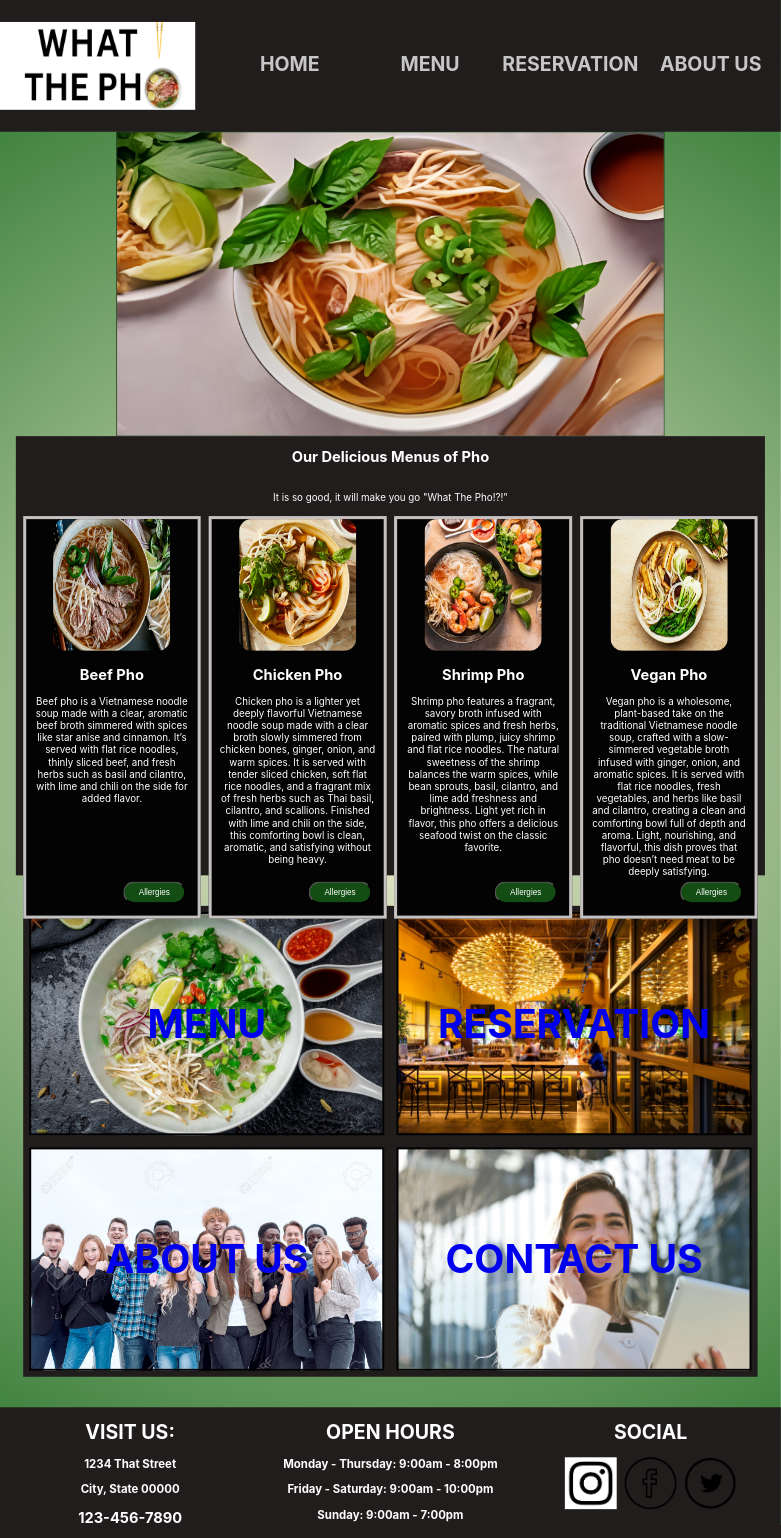
Repository: NguyenkhDang/Restaurant-Website
Page: /
These files come from the project's save history. The page is drawn as it stood at one moment and after the next save; the edit follows.
The browser window is 1280 px wide. The pictures show the whole page, at 61% of full size.
The project was rebuilt for these pictures with package versions that can differ from the ones it lists, and the page was loaded fresh each time. Also part of the build but not shown: src/Pages/MenuPage.js, src/CSS/ReservationForm.css, src/ReservationForm.js, src/Pages/ReservationPage.js, src/CSS/AboutUs.css, src/Pages/AboutUsPage.js, src/CSS/ContactUs.css, src/Pages/ContactUsPage.js.

Above is the page before, as saved 2026-01-18 22:55:53.

After the next save:
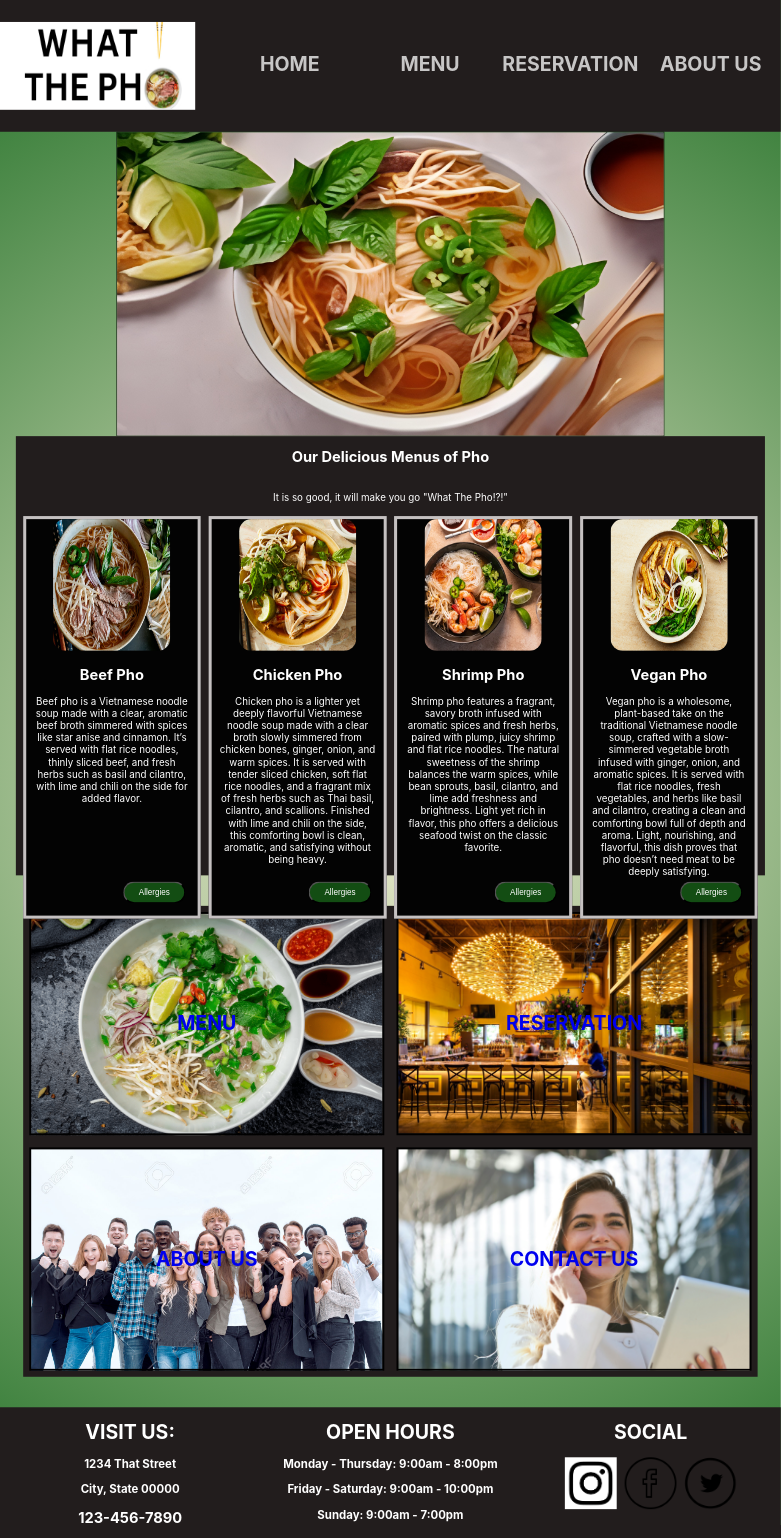
Saved 16 s later.
--- a/src/CSS/SectionContainer.css
+++ b/src/CSS/SectionContainer.css
@@ -24,8 +24,6 @@
 }
 .containerMain a{
   font-weight: bold;
-  font-size: 2em;
-
   text-decoration: none;
 }
 .containerMain div h1:hover{
